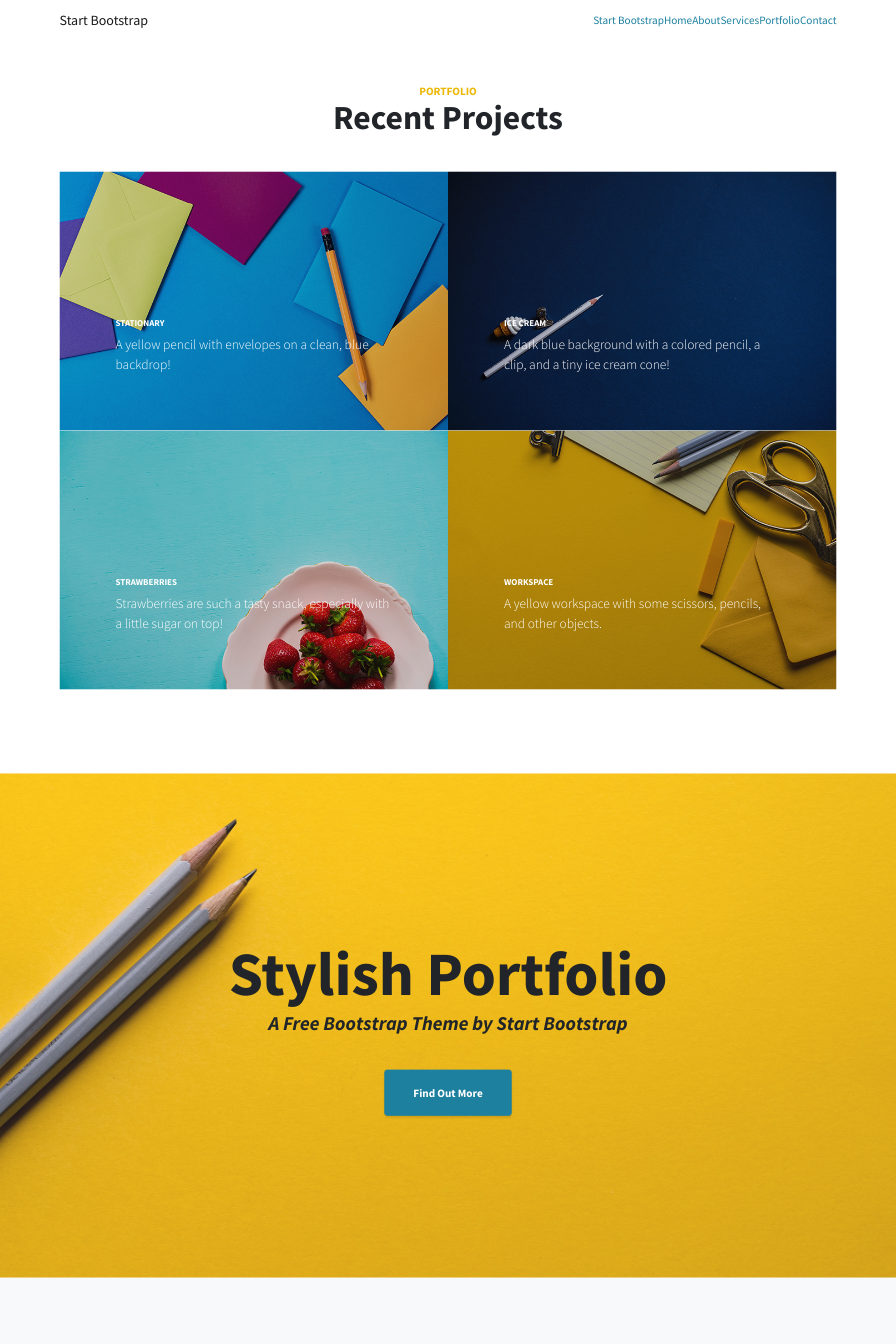
Repository: Williams94/Williams94.github.io
Page: index.html
The author's editor kept a copy of each file at every save. The page is drawn from the files as they stood at one save, then again after the next save.
The browser window is 1280 px wide. The pictures show the part of the page from y = 0 to 1920 px (the page is 4677 px tall), at 70% of full size.

Above is the page before, as saved 2019-07-06 12:59:57.

### index.html
<!DOCTYPE html>
<html lang="en">

<head>

  <meta charset="utf-8">
  <meta name="viewport" content="width=device-width, initial-scale=1, shrink-to-fit=no">
  <meta name="description" content="">
  <meta name="author" content="">

  <title>Stylish Portfolio - Start Bootstrap Template</title>

  <!-- Bootstrap Core CSS -->
  <link href="vendor/bootstrap/css/bootstrap.min.css" rel="stylesheet">

  <!-- Custom Fonts -->
  <link href="vendor/fontawesome-free/css/all.min.css" rel="stylesheet" type="text/css">
  <link href="https://fonts.googleapis.com/css?family=Source+Sans+Pro:300,400,700,300italic,400italic,700italic"
    rel="stylesheet" type="text/css">
  <link href="vendor/simple-line-icons/css/simple-line-icons.css" rel="stylesheet">

  <!-- Custom CSS -->
  <link href="css/stylish-portfolio.min.css" rel="stylesheet">
  <!-- <link href="css/new-age.min.css" rel="stylesheet"> -->

</head>

<body id="page-top">

  <!-- Navigation -->
  <nav class="navbar navbar-expand-lg navbar-light fixed-top" id="mainNav">
    <div class="container">
      <a class="navbar-brand js-scroll-trigger" href="#page-top">Start Bootstrap</a>
      <button class="navbar-toggler navbar-toggler-right" type="button" data-toggle="collapse"
        data-target="#navbarResponsive" aria-controls="navbarResponsive" aria-expanded="false"
        aria-label="Toggle navigation">
        Menu
        <i class="fas fa-bars"></i>
      </button>
      <div class="collapse navbar-collapse" id="navbarResponsive">
        <ul class="navbar-nav ml-auto">
          <li class="nav-item">
            <a class="js-scroll-trigger" href="#page-top">Start Bootstrap</a>
          </li>
          <li class="nav-item">
            <a class="js-scroll-trigger" href="#page-top">Home</a>
          </li>
          <li class="nav-item">
            <a class="js-scroll-trigger" href="#about">About</a>
          </li>
          <li class="nav-item">
            <a class="js-scroll-trigger" href="#services">Services</a>
          </li>
          <li class="nav-item">
            <a class="js-scroll-trigger" href="#portfolio">Portfolio</a>
          </li>
          <li class="nav-item">
            <a class="js-scroll-trigger" href="#contact">Contact</a>
          </li>
        </ul>
      </div>
    </div>
  </nav>


  <!-- Navigation -->
  <!-- <a class="menu-toggle rounded" href="#">
    <i class="fas fa-bars"></i>
  </a>
  <nav class="navbar navbar-expand-lg navbar-light fixed-top">
    <ul class="sidebar-nav">
      <li class="sidebar-brand">
        <a class="js-scroll-trigger" href="#page-top">Start Bootstrap</a>
      </li>
      <li class="sidebar-nav-item">
        <a class="js-scroll-trigger" href="#page-top">Home</a>
      </li>
      <li class="sidebar-nav-item">
        <a class="js-scroll-trigger" href="#about">About</a>
      </li>
      <li class="sidebar-nav-item">
        <a class="js-scroll-trigger" href="#services">Services</a>
      </li>
      <li class="sidebar-nav-item">
        <a class="js-scroll-trigger" href="#portfolio">Portfolio</a>
      </li>
      <li class="sidebar-nav-item">
        <a class="js-scroll-trigger" href="#contact">Contact</a>
      </li>
    </ul>
  </nav> -->

  <!-- Portfolio -->
  <section class="content-section" id="portfolio">
    <div class="container">
      <div class="content-section-heading text-center">
        <h3 class="text-secondary mb-0">Portfolio</h3>
        <h2 class="mb-5">Recent Projects</h2>
      </div>
      <div class="row no-gutters">
        <div class="col-lg-6">
          <a class="portfolio-item" href="#">
            <span class="caption">
              <span class="caption-content">
                <h2>Stationary</h2>
                <p class="mb-0">A yellow pencil with envelopes on a clean, blue backdrop!</p>
              </span>
            </span>
            <img class="img-fluid" src="img/portfolio-1.jpg" alt="">
          </a>
        </div>
        <div class="col-lg-6">
          <a class="portfolio-item" href="#">
            <span class="caption">
              <span class="caption-content">
                <h2>Ice Cream</h2>
                <p class="mb-0">A dark blue background with a colored pencil, a clip, and a tiny ice cream cone!</p>
              </span>
            </span>
            <img class="img-fluid" src="img/portfolio-2.jpg" alt="">
          </a>
        </div>
        <div class="col-lg-6">
          <a class="portfolio-item" href="#">
            <span class="caption">
              <span class="caption-content">
                <h2>Strawberries</h2>
                <p class="mb-0">Strawberries are such a tasty snack, especially with a little sugar on top!</p>
              </span>
            </span>
            <img class="img-fluid" src="img/portfolio-3.jpg" alt="">
          </a>
        </div>
        <div class="col-lg-6">
          <a class="portfolio-item" href="#">
            <span class="caption">
              <span class="caption-content">
                <h2>Workspace</h2>
                <p class="mb-0">A yellow workspace with some scissors, pencils, and other objects.</p>
              </span>
            </span>
            <img class="img-fluid" src="img/portfolio-4.jpg" alt="">
          </a>
        </div>
      </div>
    </div>
  </section>

  <!-- Header -->
  <header class="masthead d-flex">
    <div class="container text-center my-auto">
      <h1 class="mb-1">Stylish Portfolio</h1>
      <h3 class="mb-5">
        <em>A Free Bootstrap Theme by Start Bootstrap</em>
      </h3>
      <a class="btn btn-primary btn-xl js-scroll-trigger" href="#about">Find Out More</a>
    </div>
    <div class="overlay"></div>
  </header>

  <!-- About -->
  <section class="content-section bg-light" id="about">
    <div class="container text-center">
      <div class="row">
        <div class="col-lg-10 mx-auto">
          <h2>Stylish Portfolio is the perfect theme for your next project!</h2>
          <p class="lead mb-5">This theme features a flexible, UX friendly sidebar menu and stock photos from our
            friends at
            <a href="https://unsplash.com/">Unsplash</a>!</p>
          <a class="btn btn-dark btn-xl js-scroll-trigger" href="#services">What We Offer</a>
        </div>
      </div>
    </div>
  </section>

  <!-- Services -->
  <section class="content-section bg-primary text-white text-center" id="services">
    <div class="container">
      <div class="content-section-heading">
        <h3 class="text-secondary mb-0">Services</h3>
        <h2 class="mb-5">What We Offer</h2>
      </div>
      <div class="row">
        <div class="col-lg-3 col-md-6 mb-5 mb-lg-0">
          <span class="service-icon rounded-circle mx-auto mb-3">
            <i class="icon-screen-smartphone"></i>
          </span>
          <h4>
            <strong>Responsive</strong>
          </h4>
          <p class="text-faded mb-0">Looks great on any screen size!</p>
        </div>
        <div class="col-lg-3 col-md-6 mb-5 mb-lg-0">
          <span class="service-icon rounded-circle mx-auto mb-3">
            <i class="icon-pencil"></i>
          </span>
          <h4>
            <strong>Redesigned</strong>
          </h4>
          <p class="text-faded mb-0">Freshly redesigned for Bootstrap 4.</p>
        </div>
        <div class="col-lg-3 col-md-6 mb-5 mb-md-0">
          <span class="service-icon rounded-circle mx-auto mb-3">
            <i class="icon-like"></i>
          </span>
          <h4>
            <strong>Favorited</strong>
          </h4>
          <p class="text-faded mb-0">Millions of users
            <i class="fas fa-heart"></i>
            Start Bootstrap!</p>
        </div>
        <div class="col-lg-3 col-md-6">
          <span class="service-icon rounded-circle mx-auto mb-3">
            <i class="icon-mustache"></i>
          </span>
          <h4>
            <strong>Question</strong>
          </h4>
          <p class="text-faded mb-0">I mustache you a question...</p>
        </div>
      </div>
    </div>
  </section>

  <!-- Callout -->
  <section class="callout">
    <div class="container text-center">
      <h2 class="mx-auto mb-5">Welcome to
        <em>your</em>
        next website!</h2>
      <a class="btn btn-primary btn-xl" href="https://startbootstrap.com/template-overviews/stylish-portfolio/">Download
        Now!</a>
    </div>
  </section>

  <!-- Call to Action -->
  <section class="content-section bg-primary text-white">
    <div class="container text-center">
      <h2 class="mb-4">The buttons below are impossible to resist...</h2>
      <a href="#" class="btn btn-xl btn-light mr-4">Click Me!</a>
      <a href="#" class="btn btn-xl btn-dark">Look at Me!</a>
    </div>
  </section>

  <!-- Map -->
  <section id="contact" class="map">
    <iframe width="100%" height="100%" frameborder="0" scrolling="no" marginheight="0" marginwidth="0"
      src="https://maps.google.com/maps?f=q&amp;source=s_q&amp;hl=en&amp;geocode=&amp;q=Twitter,+Inc.,+Market+Street,+San+Francisco,+CA&amp;aq=0&amp;oq=twitter&amp;sll=28.659344,-81.187888&amp;sspn=0.128789,0.264187&amp;ie=UTF8&amp;hq=Twitter,+Inc.,+Market+Street,+San+Francisco,+CA&amp;t=m&amp;z=15&amp;iwloc=A&amp;output=embed"></iframe>
    <br />
    <small>
      <a
        href="https://maps.google.com/maps?f=q&amp;source=embed&amp;hl=en&amp;geocode=&amp;q=Twitter,+Inc.,+Market+Street,+San+Francisco,+CA&amp;aq=0&amp;oq=twitter&amp;sll=28.659344,-81.187888&amp;sspn=0.128789,0.264187&amp;ie=UTF8&amp;hq=Twitter,+Inc.,+Market+Street,+San+Francisco,+CA&amp;t=m&amp;z=15&amp;iwloc=A"></a>
    </small>
  </section>

  <!-- Footer -->
  <footer class="footer text-center">
    <div class="container">
      <ul class="list-inline mb-5">
        <li class="list-inline-item">
          <a class="social-link rounded-circle text-white mr-3" href="#">
            <i class="icon-social-facebook"></i>
          </a>
        </li>
        <li class="list-inline-item">
          <a class="social-link rounded-circle text-white mr-3" href="#">
            <i class="icon-social-twitter"></i>
          </a>
        </li>
        <li class="list-inline-item">
          <a class="social-link rounded-circle text-white" href="#">
            <i class="icon-social-github"></i>
          </a>
        </li>
      </ul>
      <p class="text-muted small mb-0">Copyright &copy; Your Website 2019</p>
    </div>
  </footer>

  <!-- Scroll to Top Button-->
  <a class="scroll-to-top rounded js-scroll-trigger" href="#page-top">
    <i class="fas fa-angle-up"></i>
  </a>

  <!-- Bootstrap core JavaScript -->
  <script src="vendor/jquery/jquery.min.js"></script>
  <script src="vendor/bootstrap/js/bootstrap.bundle.min.js"></script>

  <!-- Plugin JavaScript -->
  <script src="vendor/jquery-easing/jquery.easing.min.js"></script>

  <!-- Custom scripts for this template -->
  <script src="js/stylish-portfolio.min.js"></script>

</body>

</html>

### css/stylish-portfolio.css
/*!
 * Start Bootstrap - Stylish Portfolio v5.0.6 (https://startbootstrap.com/template-overviews/stylish-portfolio)
 * Copyright 2013-2019 Start Bootstrap
 * Licensed under MIT (https://github.com/BlackrockDigital/startbootstrap-stylish-portfolio/blob/master/LICENSE)
 */

body,
html {
  width: 100%;
  height: 100%;
}

body {
  font-family: "Source Sans Pro";
}

.btn-xl {
  padding: 1.25rem 2.5rem;
}

.content-section {
  padding-top: 7.5rem;
  padding-bottom: 7.5rem;
}

.content-section-heading h2 {
  font-size: 3rem;
}

.content-section-heading h3 {
  font-size: 1rem;
  text-transform: uppercase;
}

h1,
h2,
h3,
h4,
h5,
h6 {
  font-weight: 700;
}

.text-faded {
  color: rgba(255, 255, 255, 0.7);
}

/* Map */
.map {
  height: 30rem;
}

@media (max-width: 992px) {
  .map {
    height: 75%;
  }
}

.map iframe {
  pointer-events: none;
}

.scroll-to-top {
  position: fixed;
  right: 15px;
  bottom: 15px;
  display: none;
  width: 50px;
  height: 50px;
  text-align: center;
  color: white;
  background: rgba(52, 58, 64, 0.5);
  line-height: 45px;
}

.scroll-to-top:focus,
.scroll-to-top:hover {
  color: white;
}

.scroll-to-top:hover {
  background: #343a40;
}

.scroll-to-top i {
  font-weight: 800;
}

.masthead {
  min-height: 30rem;
  position: relative;
  display: table;
  width: 100%;
  height: auto;
  padding-top: 8rem;
  padding-bottom: 8rem;
  background: -webkit-gradient(
      linear,
      left top,
      right top,
      from(rgba(255, 255, 255, 0.1)),
      to(rgba(255, 255, 255, 0.1))
    ),
    url("../img/bg-masthead.jpg");
  background: linear-gradient(
      90deg,
      rgba(255, 255, 255, 0.1) 0%,
      rgba(255, 255, 255, 0.1) 100%
    ),
    url("../img/bg-masthead.jpg");
  background-position: center center;
  background-repeat: no-repeat;
  background-size: cover;
}

.masthead h1 {
  font-size: 4rem;
  margin: 0;
  padding: 0;
}

@media (min-width: 992px) {
  .masthead {
    height: 100vh;
  }
  .masthead h1 {
    font-size: 5.5rem;
  }
}

/* Side Menu */
#sidebar-wrapper {
  position: fixed;
  z-index: 2;
  right: 0;
  width: 250px;
  height: 100%;
  -webkit-transition: all 0.4s ease 0s;
  transition: all 0.4s ease 0s;
  -webkit-transform: translateX(250px);
  transform: translateX(250px);
  background: #1d809f;
  border-left: 1px solid rgba(255, 255, 255, 0.1);
}

.sidebar-nav {
  position: absolute;
  top: 0;
  width: 250px;
  margin: 0;
  padding: 0;
  list-style: none;
}

.sidebar-nav li.sidebar-nav-item a {
  display: block;
  text-decoration: none;
  color: #fff;
  padding: 15px;
}

.sidebar-nav li a:hover {
  text-decoration: none;
  color: #fff;
  background: rgba(255, 255, 255, 0.2);
}

.sidebar-nav li a:active,
.sidebar-nav li a:focus {
  text-decoration: none;
}

.sidebar-nav > .sidebar-brand {
  font-size: 1.2rem;
  background: rgba(52, 58, 64, 0.1);
  height: 80px;
  line-height: 50px;
  padding-top: 15px;
  padding-bottom: 15px;
  padding-left: 15px;
}

.sidebar-nav > .sidebar-brand a {
  color: #fff;
}

.sidebar-nav > .sidebar-brand a:hover {
  color: #fff;
  background: none;
}

#sidebar-wrapper.active {
  right: 250px;
  width: 250px;
  -webkit-transition: all 0.4s ease 0s;
  transition: all 0.4s ease 0s;
}

.menu-toggle {
  position: fixed;
  right: 15px;
  top: 15px;
  width: 50px;
  height: 50px;
  text-align: center;
  color: #fff;
  background: rgba(52, 58, 64, 0.5);
  line-height: 50px;
  z-index: 999;
}

.menu-toggle:focus,
.menu-toggle:hover {
  color: #fff;
}

.menu-toggle:hover {
  background: #343a40;
}

.service-icon {
  background-color: #fff;
  color: #1d809f;
  height: 7rem;
  width: 7rem;
  display: block;
  line-height: 7.5rem;
  font-size: 2.25rem;
  -webkit-box-shadow: 0 3px 3px 0 rgba(0, 0, 0, 0.1);
  box-shadow: 0 3px 3px 0 rgba(0, 0, 0, 0.1);
}

.callout {
  padding: 15rem 0;
  background: -webkit-gradient(
      linear,
      left top,
      right top,
      from(rgba(255, 255, 255, 0.1)),
      to(rgba(255, 255, 255, 0.1))
    ),
    url("../img/bg-callout.jpg");
  background: linear-gradient(
      90deg,
      rgba(255, 255, 255, 0.1) 0%,
      rgba(255, 255, 255, 0.1) 100%
    ),
    url("../img/bg-callout.jpg");
  background-position: center center;
  background-repeat: no-repeat;
  background-size: cover;
}

.callout h2 {
  font-size: 3.5rem;
  font-weight: 700;
  display: block;
  max-width: 30rem;
}

.portfolio-item {
  display: block;
  position: relative;
  overflow: hidden;
  max-width: 530px;
  margin: auto auto 1rem;
}

.portfolio-item .caption {
  display: -webkit-box;
  display: -ms-flexbox;
  display: flex;
  height: 100%;
  width: 100%;
  background-color: rgba(33, 37, 41, 0.2);
  position: absolute;
  top: 0;
  bottom: 0;
  z-index: 1;
}

.portfolio-item .caption .caption-content {
  color: #fff;
  margin: auto 2rem 2rem;
}

.portfolio-item .caption .caption-content h2 {
  font-size: 0.8rem;
  text-transform: uppercase;
}

.portfolio-item .caption .caption-content p {
  font-weight: 300;
  font-size: 1.2rem;
}

@media (min-width: 992px) {
  .portfolio-item {
    max-width: none;
    margin: 0;
  }
  .portfolio-item .caption {
    -webkit-transition: -webkit-clip-path 0.25s ease-out, background-color 0.7s;
    -webkit-clip-path: inset(0px);
    clip-path: inset(0px);
  }
  .portfolio-item .caption .caption-content {
    -webkit-transition: opacity 0.25s;
    transition: opacity 0.25s;
    margin-left: 5rem;
    margin-right: 5rem;
    margin-bottom: 5rem;
  }
  .portfolio-item img {
    -webkit-transition: -webkit-clip-path 0.25s ease-out;
    -webkit-clip-path: inset(-1px);
    clip-path: inset(-1px);
  }
  .portfolio-item:hover img {
    -webkit-clip-path: inset(2rem);
    clip-path: inset(2rem);
  }
  .portfolio-item:hover .caption {
    background-color: rgba(29, 128, 159, 0.9);
    -webkit-clip-path: inset(2rem);
    clip-path: inset(2rem);
  }
}

footer.footer {
  padding-top: 5rem;
  padding-bottom: 5rem;
}

footer.footer .social-link {
  display: block;
  height: 4rem;
  width: 4rem;
  line-height: 4.3rem;
  font-size: 1.5rem;
  background-color: #1d809f;
  -webkit-transition: background-color 0.15s ease-in-out;
  transition: background-color 0.15s ease-in-out;
  -webkit-box-shadow: 0 3px 3px 0 rgba(0, 0, 0, 0.1);
  box-shadow: 0 3px 3px 0 rgba(0, 0, 0, 0.1);
}

footer.footer .social-link:hover {
  background-color: #155d74;
  text-decoration: none;
}

a {
  color: #1d809f;
}

a:hover,
a:focus,
a:active {
  color: #155d74;
}

.btn-primary {
  background-color: #1d809f !important;
  border-color: #1d809f !important;
  color: #fff !important;
}

.btn-primary:hover,
.btn-primary:focus,
.btn-primary:active {
  background-color: #155d74 !important;
  border-color: #155d74 !important;
}

.btn-secondary {
  background-color: #ecb807 !important;
  border-color: #ecb807 !important;
  color: #fff !important;
}

.btn-secondary:hover,
.btn-secondary:focus,
.btn-secondary:active {
  background-color: #ba9106 !important;
  border-color: #ba9106 !important;
}

.btn-dark {
  color: #fff !important;
}

.btn {
  -webkit-box-shadow: 0px 3px 3px 0px rgba(0, 0, 0, 0.1);
  box-shadow: 0px 3px 3px 0px rgba(0, 0, 0, 0.1);
  font-weight: 700;
}

.bg-primary {
  background-color: #1d809f !important;
}

.text-primary {
  color: #1d809f !important;
}

.text-secondary {
  color: #ecb807 !important;
}

#mainNav {
  border-color: rgba(34, 34, 34, 0.05);
  background-color: white;
  -webkit-transition: all 0.35s;
  transition: all 0.35s;
  font-family: "Catamaran", "Helvetica", "Arial", "sans-serif";
  font-weight: 200;
  letter-spacing: 1px;
}

#mainNav .navbar-brand {
  color: #fdcc52;
  font-family: "Catamaran", "Helvetica", "Arial", "sans-serif";
  font-weight: 200;
  letter-spacing: 1px;
}

#mainNav .navbar-brand:hover,
#mainNav .navbar-brand:focus {
  color: #fcbd20;
}

#mainNav .navbar-toggler {
  font-size: 12px;
  padding: 8px 10px;
  color: #222222;
}

#mainNav .navbar-nav > li > a {
  font-size: 11px;
  font-family: "Lato", "Helvetica", "Arial", "sans-serif";
  letter-spacing: 2px;
  text-transform: uppercase;
}

#mainNav .navbar-nav > li > a.active {
  color: #fdcc52 !important;
  background-color: transparent;
}

#mainNav .navbar-nav > li > a.active:hover {
  background-color: transparent;
}

#mainNav .navbar-nav > li > a,
#mainNav .navbar-nav > li > a:focus {
  color: #222222;
}

#mainNav .navbar-nav > li > a:hover,
#mainNav .navbar-nav > li > a:focus:hover {
  color: #fdcc52;
}

@media (min-width: 992px) {
  #mainNav {
    border-color: transparent;
    background-color: transparent;
  }
  #mainNav .navbar-brand {
    color: fade(white, 70%);
  }
  #mainNav .navbar-brand:hover,
  #mainNav .navbar-brand:focus {
    color: white;
  }
  #mainNav .navbar-nav > li > a,
  #mainNav .navbar-nav > li > a:focus {
    color: rgba(255, 255, 255, 0.7);
  }
  #mainNav .navbar-nav > li > a:hover,
  #mainNav .navbar-nav > li > a:focus:hover {
    color: white;
  }
  #mainNav.navbar-shrink {
    border-color: rgba(34, 34, 34, 0.1);
    background-color: white;
  }
  #mainNav.navbar-shrink .navbar-brand {
    color: #222222;
  }
  #mainNav.navbar-shrink .navbar-brand:hover,
  #mainNav.navbar-shrink .navbar-brand:focus {
    color: #fdcc52;
  }
  #mainNav.navbar-shrink .navbar-nav > li > a,
  #mainNav.navbar-shrink .navbar-nav > li > a:focus {
    color: #222222;
  }
  #mainNav.navbar-shrink .navbar-nav > li > a:hover,
  #mainNav.navbar-shrink .navbar-nav > li > a:focus:hover {
    color: #fdcc52;
  }
}

Loaded but not shown: vendor/bootstrap/css/bootstrap.min.css (library); vendor/fontawesome-free/css/all.min.css (library); vendor/simple-line-icons/css/simple-line-icons.css (library); css/stylish-portfolio.min.css (library); vendor/jquery/jquery.min.js (library); vendor/bootstrap/js/bootstrap.bundle.min.js (library); vendor/jquery-easing/jquery.easing.min.js (common file); js/stylish-portfolio.min.js (common file)

After the next save:
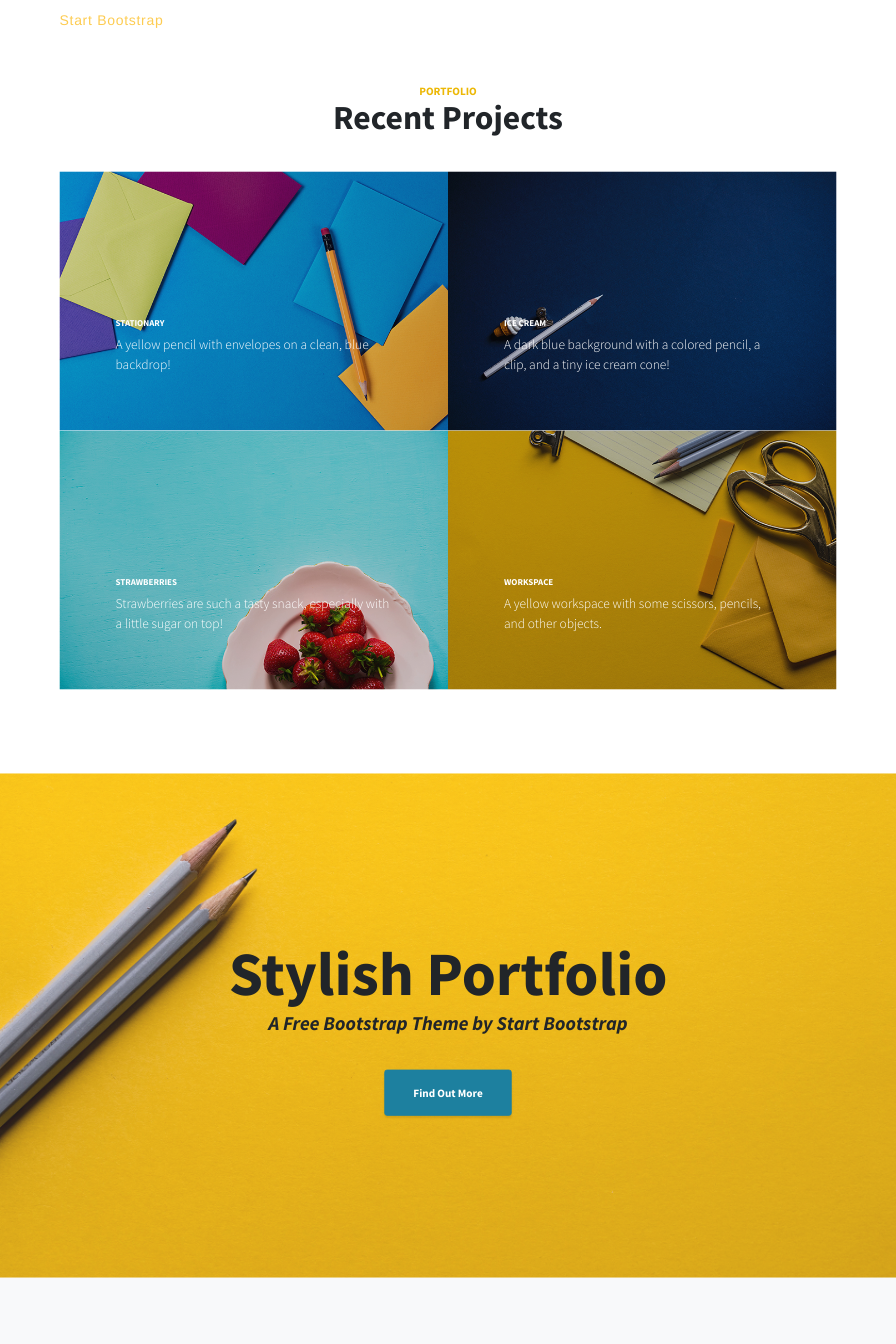
Saved 10 s later.
--- a/index.html
+++ b/index.html
@@ -20,7 +20,7 @@
   <link href="vendor/simple-line-icons/css/simple-line-icons.css" rel="stylesheet">
 
   <!-- Custom CSS -->
-  <link href="css/stylish-portfolio.min.css" rel="stylesheet">
+  <link href="css/stylish-portfolio.css" rel="stylesheet">
   <!-- <link href="css/new-age.min.css" rel="stylesheet"> -->
 
 </head>
